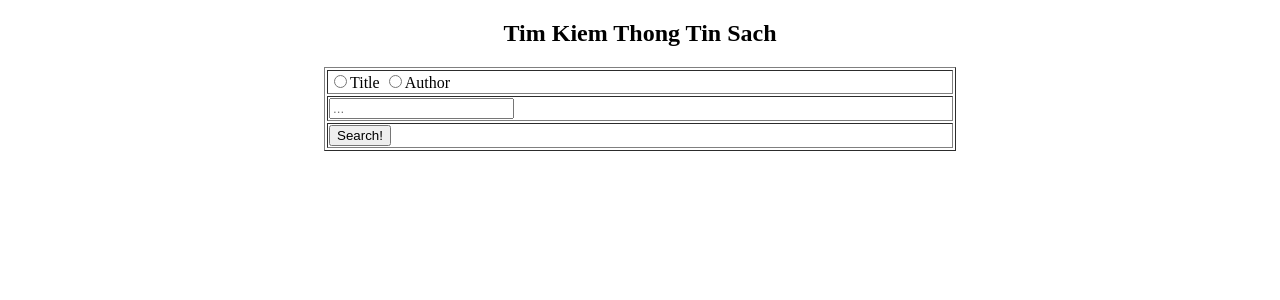
Repository: trangtruc/Java_NangCao
Page: http://localhost/EBookShop/myeshop.jsp
An editor plug-in stored every save of this project. The page is shown before and after the next save, followed by the edit.
The browser window is 1280 px wide. The pictures show the whole page.
The page is served by Tomcat 9. Other server files are loaded and not shown.

Above is the page before, as saved 2017-03-14 15:14:49.

### Buoi4/EBookShop/WebContent/myeshop.jsp
<%@ page language="java" contentType="text/html; charset=UTF-8"
    pageEncoding="UTF-8"%>
<!DOCTYPE html PUBLIC "-//W3C//DTD HTML 4.01 Transitional//EN" "http://www.w3.org/TR/html4/loose.dtd">
<html>
<head>
<meta http-equiv="Content-Type" content="text/html; charset=UTF-8">
<title>Insert title here</title>
</head>
<body>
	<h2 align="center">Tim Kiem Thong Tin Sach</h2>
	<form method="POST" action="Controller">
	<table align="center" border="1" width="50%">
		<tr>
			<td>
				<input type="radio" name="ra" value="title"/>Title
				<input type="radio" name="ra" value="author"/>Author
			</td>
		</tr>
		<tr>
			<td>
				<input type="text" name="timkiem" placeholder="..."/>
			</td>
		</tr>
		<tr>
			<td>
				<input type="submit" value="Search!" />

			</td>
		</tr>

	</table>
	</form>
</body>
</html>

After the next save:
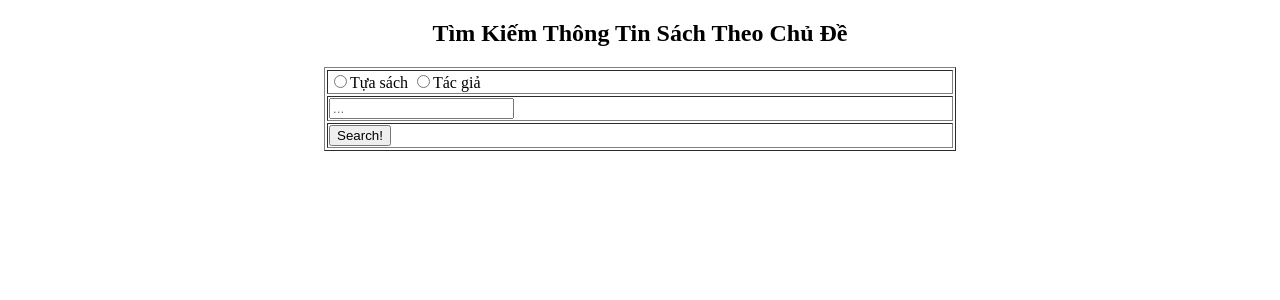
Saved 44 s later.
--- a/Buoi4/EBookShop/WebContent/myeshop.jsp
+++ b/Buoi4/EBookShop/WebContent/myeshop.jsp
@@ -7,13 +7,13 @@
 <title>Insert title here</title>
 </head>
 <body>
-	<h2 align="center">Tim Kiem Thong Tin Sach</h2>
+	<h2 align="center">Tìm Kiếm Thông Tin Sách Theo Chủ Đề</h2>
 	<form method="POST" action="Controller">
 	<table align="center" border="1" width="50%">
 		<tr>
 			<td>
-				<input type="radio" name="ra" value="title"/>Title
-				<input type="radio" name="ra" value="author"/>Author
+				<input type="radio" name="ra" value="title"/>Tựa sách
+				<input type="radio" name="ra" value="author"/>Tác giả
 			</td>
 		</tr>
 		<tr>
